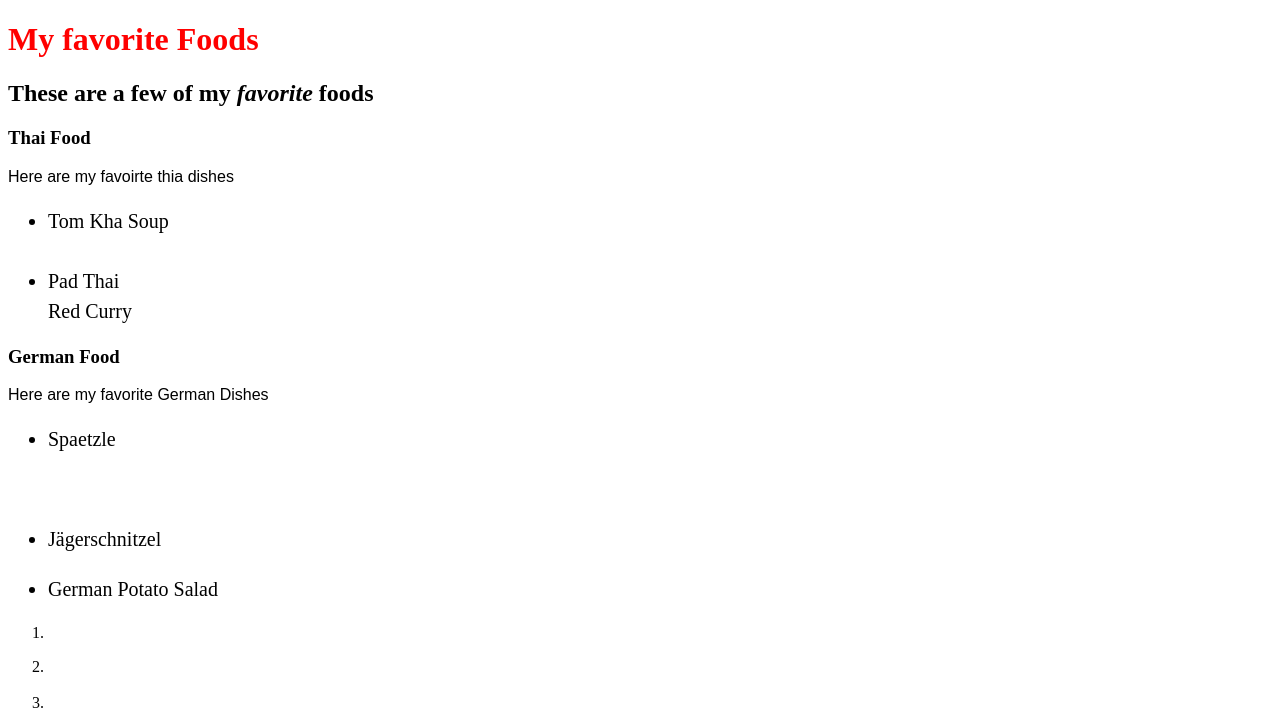
Repository: fieldceleste/my-first-webpage
Page: my-favorite-foods.html
An editor plug-in stored every save of this project. The page is shown before and after the next save, followed by the edit.
The browser window is 1280 px wide. The pictures show the whole page.

Above is the page before, as saved 2019-10-24 20:05:52.

After the next save:
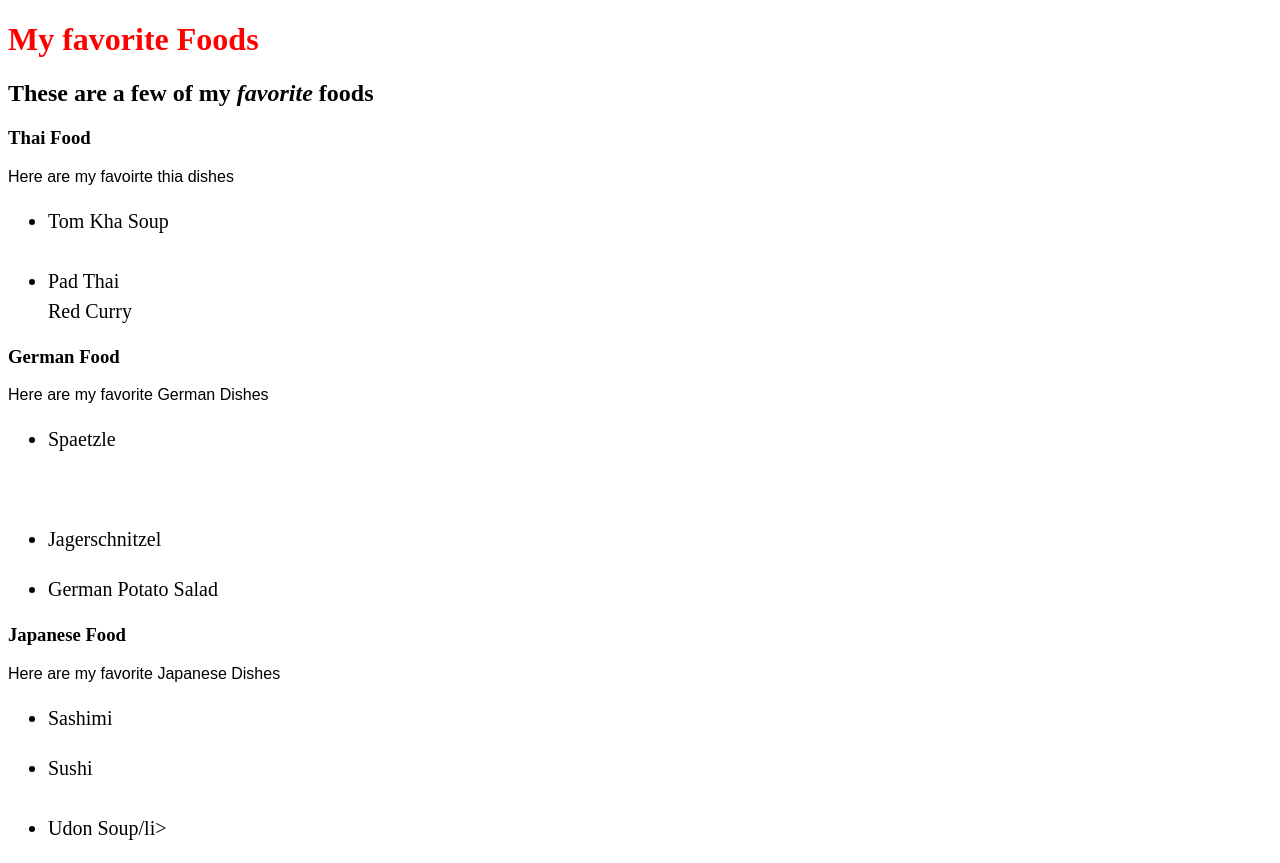
Saved 6 min 44 s later.
--- a/my-favorite-foods.html
+++ b/my-favorite-foods.html
@@ -5,6 +5,7 @@
   </head>
      <link href="css/styles.css" rel="stylesheet" type="text/css"
   <body>
+
     <h1>My favorite Foods</h1>
     <h2>These are a few of my <em>favorite</em> foods</h2>
 
@@ -19,17 +20,17 @@
     <p>Here are my favorite German Dishes</p>
       <ul>
            <li>Spaetzle</li><p><img src="" alt=""></p>
-           <li>Jägerschnitzel</li> <p> <a href=></a></p>
+           <li>Jagerschnitzel</li> <p> <a href=></a></p>
            <li>German Potato Salad</li>
       </ul>
 
-    <h3></h3>
-    <p></p>
-    <ol>
-      <li></li><p> <a href=></a></p>
-      <li></li><img src="" alt="">
-      <li></li>
-    </ol>
-    <p></p>
+    <h3><strong>Japanese Food</strong></h3>
+    <p>Here are my favorite Japanese Dishes</p>
+    <ul>
+      <li>Sashimi</li><p> <a href=></a></p>
+      <li>Sushi</li><img src="" alt="">
+      <li>Udon Soup/li>
+      </ul>
+    </p>
   </body>
 </html>
